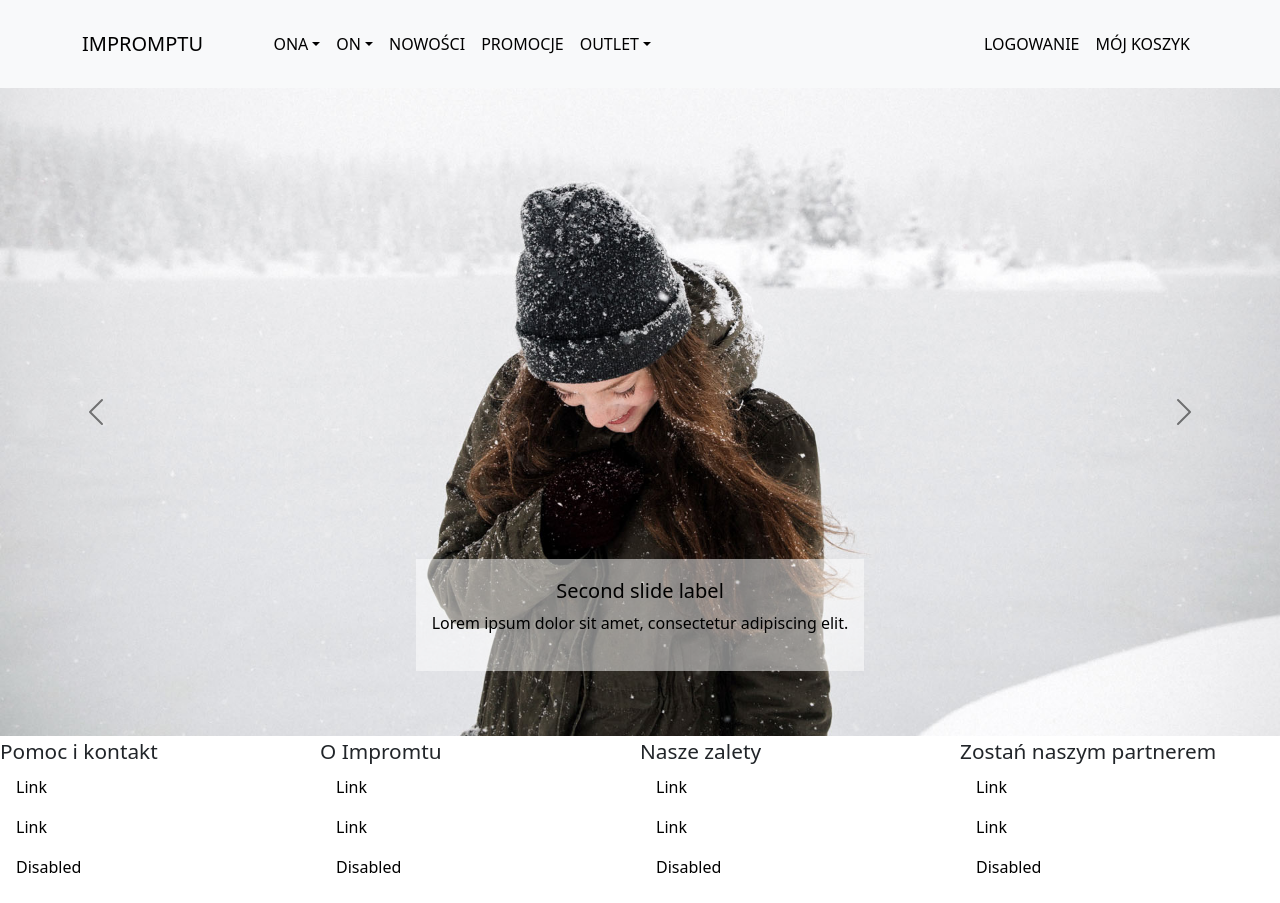
Repository: michalgornicki/Impromptu
Page: /
An editor plug-in stored every save of this project. The page is shown before and after a run of saves, followed by the edit.
The browser window is 1280 px wide. The pictures show the whole page.
The project was rebuilt for these pictures with package versions that can differ from the ones it lists, and the page was loaded fresh each time.

Above is the page before, as saved 2021-12-23 13:41:16.

After the next 4 saves:
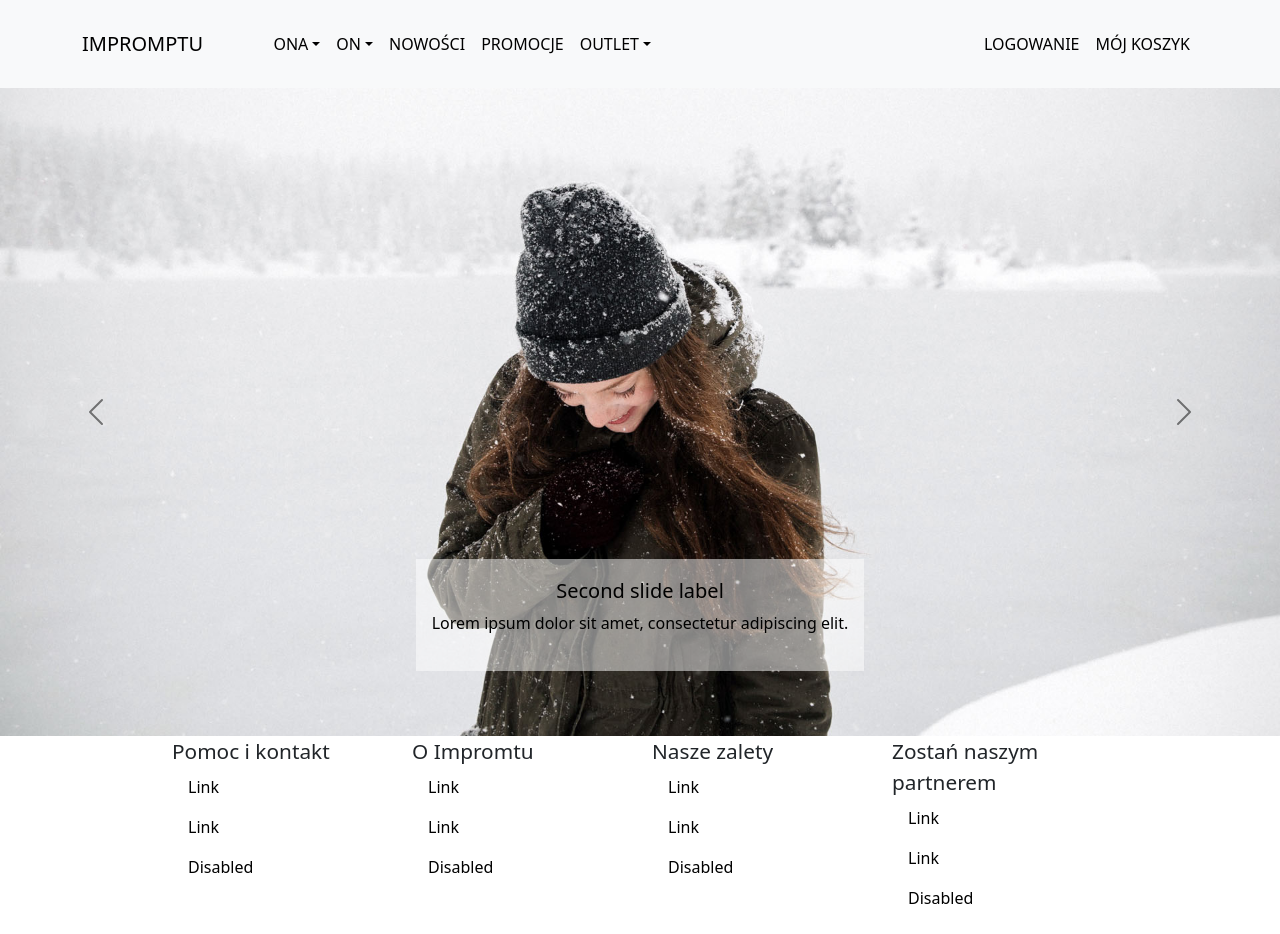
The 4 saves are shown as one change because they came seconds apart.
The last was saved 14 s later.
--- a/src/App.jsx
+++ b/src/App.jsx
@@ -157,9 +157,8 @@ function App() {
 
 <Nav
   activeKey="/home"
-  className="m-auto"
 >
-  <Row className="w-100">
+  <Row className="w-75 m-auto">
   <Col>
   <div className="display-7">
     Pomoc i kontakt
